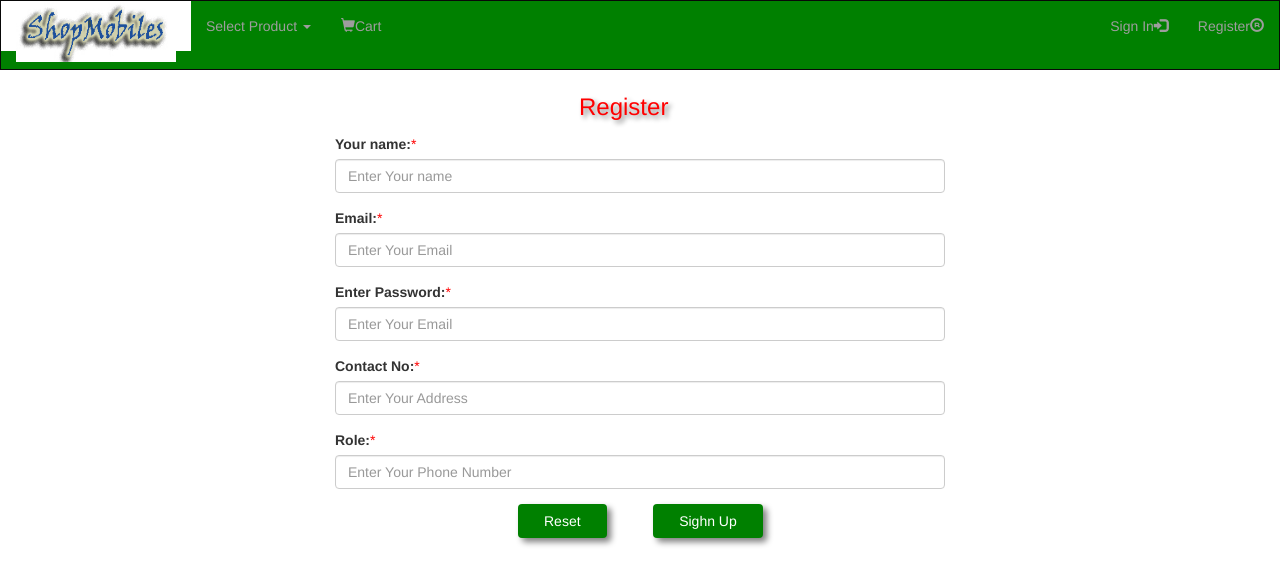
Repository: KoustabhBiswas/Final-Ecommerce-Project
Page: http://localhost/ecommerce1/WEB-INF/views/register.jsp
These files come from the project's save history. The page is drawn as it stood at one moment and after the next save; the edit follows.
The browser window is 1280 px wide. The pictures show the whole page.
Some web libraries are served in a nearby version. The page is served by Tomcat 9. Nobody is signed in. The template is opened directly, without the code that normally fills it, so the values that code supplies are empty.

Above is the page before, as saved 2017-09-17 12:19:37.

After the next save:
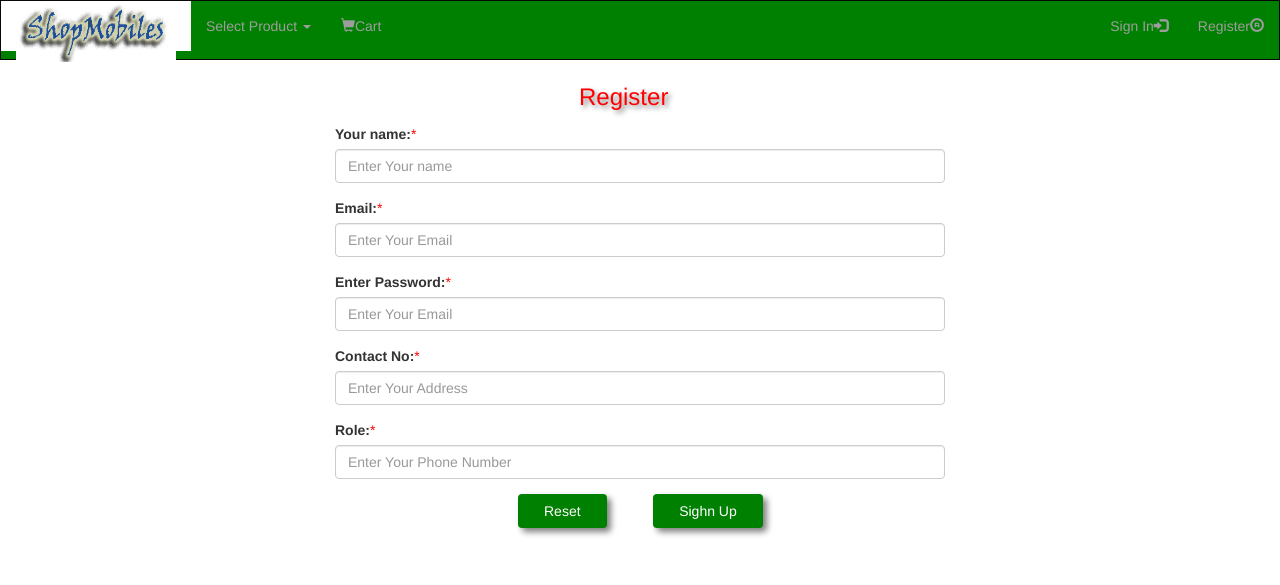
Saved 14 s later.
--- a/Final Ecommerce Project/Ecommerce_Project-master/project/ecommerce1/src/main/webapp/WEB-INF/views/shared/navbar.jsp
+++ b/Final Ecommerce Project/Ecommerce_Project-master/project/ecommerce1/src/main/webapp/WEB-INF/views/shared/navbar.jsp
@@ -12,7 +12,7 @@ nav {
 
 <div class="row" style="border-bottom-style: none;">
 	<nav class="navbar navbar-inverse"
-		style="background-color: green; border-radius: 0px; color: white; height:70px">
+		style="background-color: green; border-radius: 0px; color: white; height:60px">
 		<div class="container-fluid">
 			<div class="navbar-header" >
 				<a class="navbar-brand" href="home" style="background-color:white; height:50px"><img
